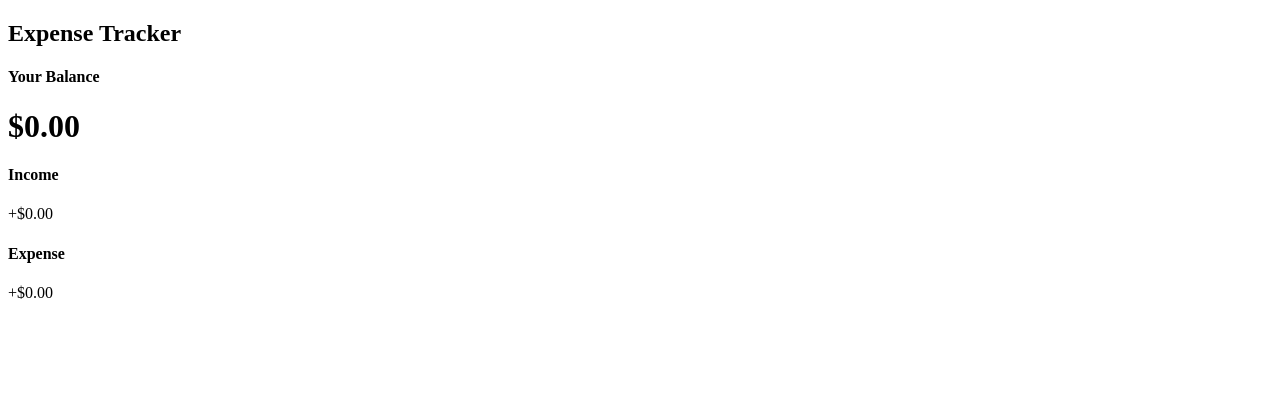
Repository: Youvelop/expenseTracker
Page: index.html
The author's editor kept a copy of each file at every save. The page is drawn from the files as they stood at one save, then again after the next save.
The browser window is 1280 px wide. The pictures show the whole page.

Above is the page before, as saved 2020-06-30 12:31:09.

### index.html
<!DOCTYPE html>
<html lang="en">
  <head>
    <meta charset="UTF-8" />
    <meta name="viewport" content="width=device-width, initial-scale=1.0" />
    <link rel="stylesheet" href="style.css" />
    <title>Expense Tracker</title>
  </head>
  <body>
    <h2>Expense Tracker</h2>

    <div class="container">
      <h4>Your Balance</h4>
      <h1 id="balance">$0.00</h1>

      <div class="inc-exp-container">
        <div>
          <h4>Income</h4>
          <p id="money-plus" class="money plus">+$0.00</p>
        </div>
        <div>
          <h4>Expense</h4>
          <p id="money-minus" class="money minus">+$0.00</p>
        </div>
      </div>
    </div>

    <script src="script.js"></script>
  </body>
</html>

Loaded but not shown: script.js (no copy from this time; the picture is the same without it); style.css (no copy from this time; the picture is the same without it)

After the next save:
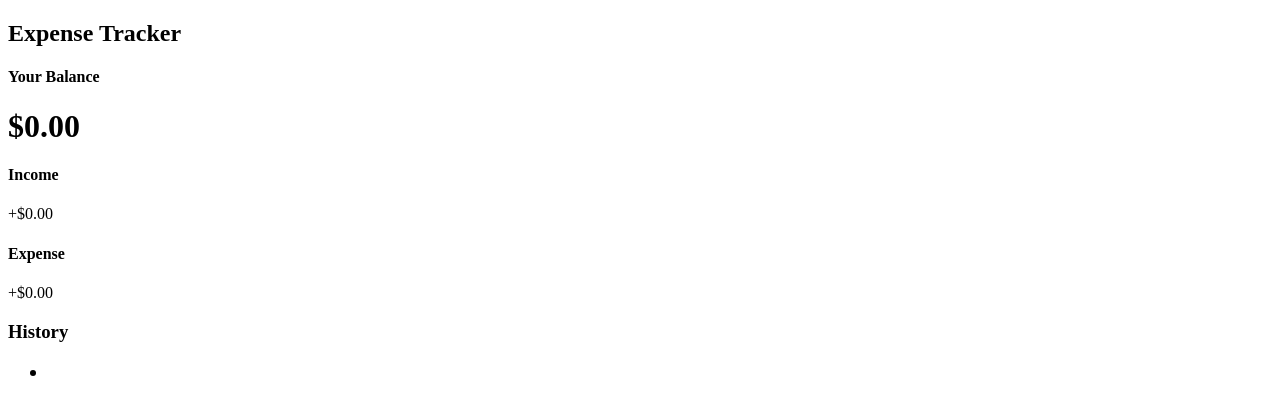
Saved 2 min 22 s later.
--- a/index.html
+++ b/index.html
@@ -25,6 +25,13 @@
       </div>
     </div>
 
+    <h3>
+      History
+      <ul id="list" class="list">
+        <li class="minus"></li>
+      </ul>
+    </h3>
+
     <script src="script.js"></script>
   </body>
 </html>
